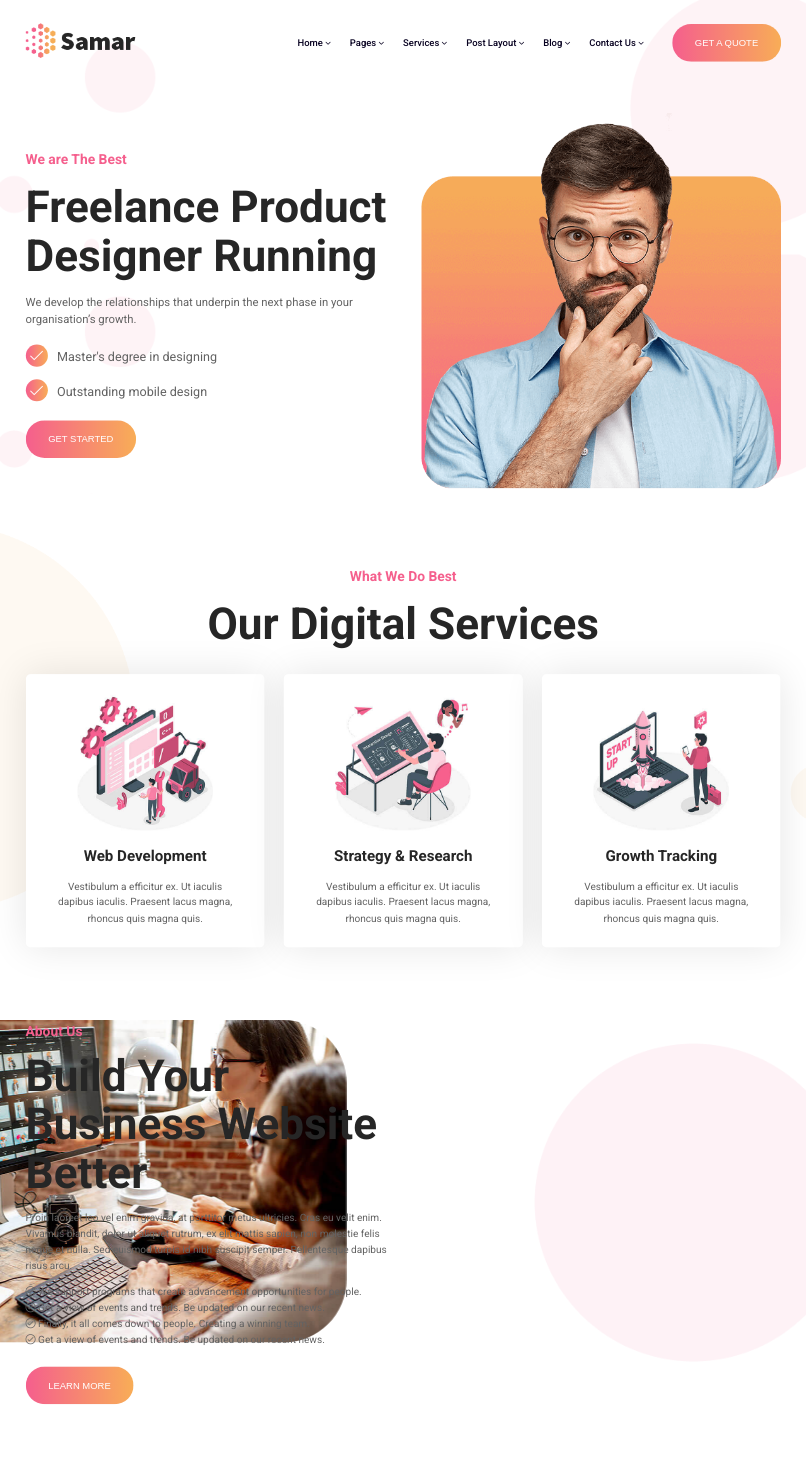
Repository: ducdatit2002/samar
Page: index.html
The author's editor kept a copy of each file at every save. The page is drawn from the files as they stood at one save, then again after the next save.
The browser window is 1280 px wide. The pictures show the whole page, at 63% of full size.

Above is the page before, as saved 2023-07-27 09:10:31.

After the next save:
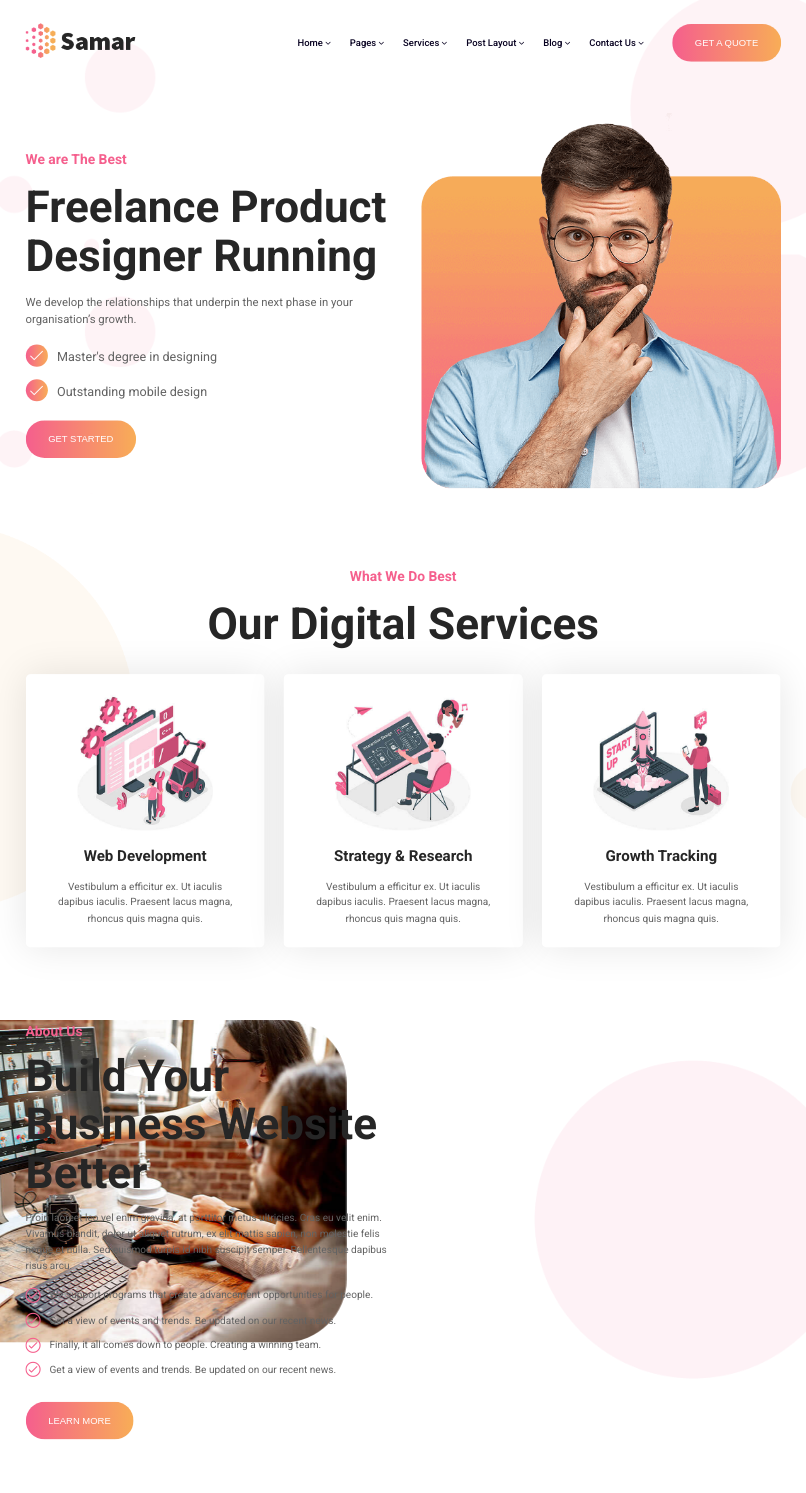
Saved 14 s later.
--- a/index.css
+++ b/index.css
@@ -218,6 +218,12 @@ header {
 .aboutUs__right ul {
     margin-bottom: 30px;
 }
+.aboutUs__right i {
+    font-size: 24px;
+    color: #f55f8d;
+    margin-right: 10px;
+    vertical-align: middle;
+}
 
 
 /*Animation */
